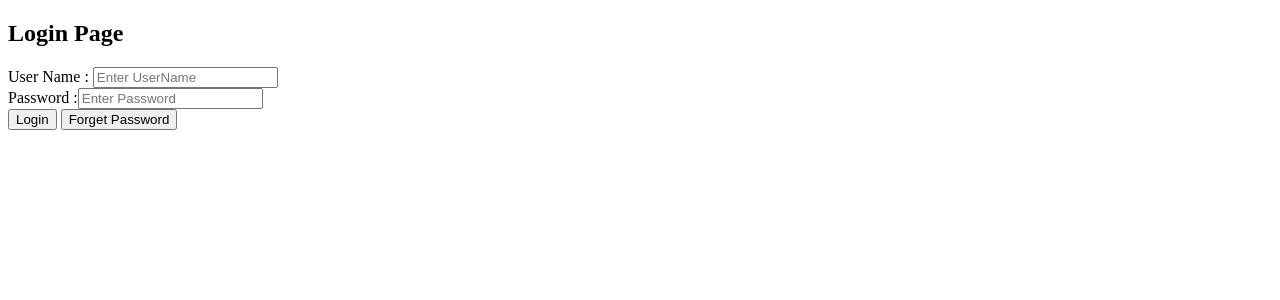
Repository: GuptaReena/Java-Spring
Page: LoginMVCWebProject/src/main/webapp/Login.html
An editor plug-in stored every save of this project. The page is shown before and after the next save, followed by the edit.
The browser window is 1280 px wide. The pictures show the whole page.

Above is the page before, as saved 2024-07-12 11:02:03.

### LoginMVCWebProject/src/main/webapp/Login.html
<!DOCTYPE html>
<html>
<head>
<meta charset="UTF-8">
<title>Login</title>
</head>
<body>

	<form action="LoginServlet" method="get">

		<div>
			<h2>Login Page</h2>
		</div>

		<div>
			User Name : <input type="text" name="user" placeholder="Enter UserName">
		</div>
		<div>
			Password :<input type="password" name="pass" placeholder="Enter Password">
		</div>

		<div>
			<button value = "login"> Login</button>
			<button value = "reset"> Forget Password</button>
		</div>

	</form>

</body>
</html>

After the next save:
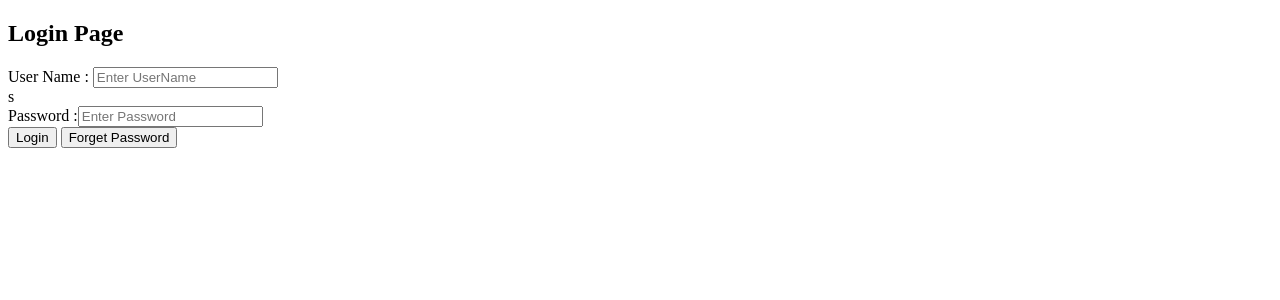
Saved 15 s later.
--- a/LoginMVCWebProject/src/main/webapp/Login.html
+++ b/LoginMVCWebProject/src/main/webapp/Login.html
@@ -14,7 +14,7 @@
 
 		<div>
 			User Name : <input type="text" name="user" placeholder="Enter UserName">
-		</div>
+		</div>s
 		<div>
 			Password :<input type="password" name="pass" placeholder="Enter Password">
 		</div>

After the save that followed:
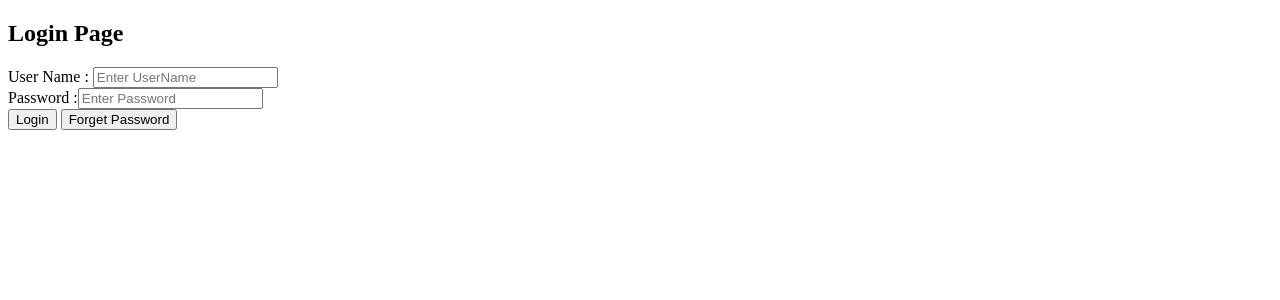
Saved 50 s later.
--- a/LoginMVCWebProject/src/main/webapp/Login.html
+++ b/LoginMVCWebProject/src/main/webapp/Login.html
@@ -14,7 +14,7 @@
 
 		<div>
 			User Name : <input type="text" name="user" placeholder="Enter UserName">
-		</div>s
+		</div>
 		<div>
 			Password :<input type="password" name="pass" placeholder="Enter Password">
 		</div>
